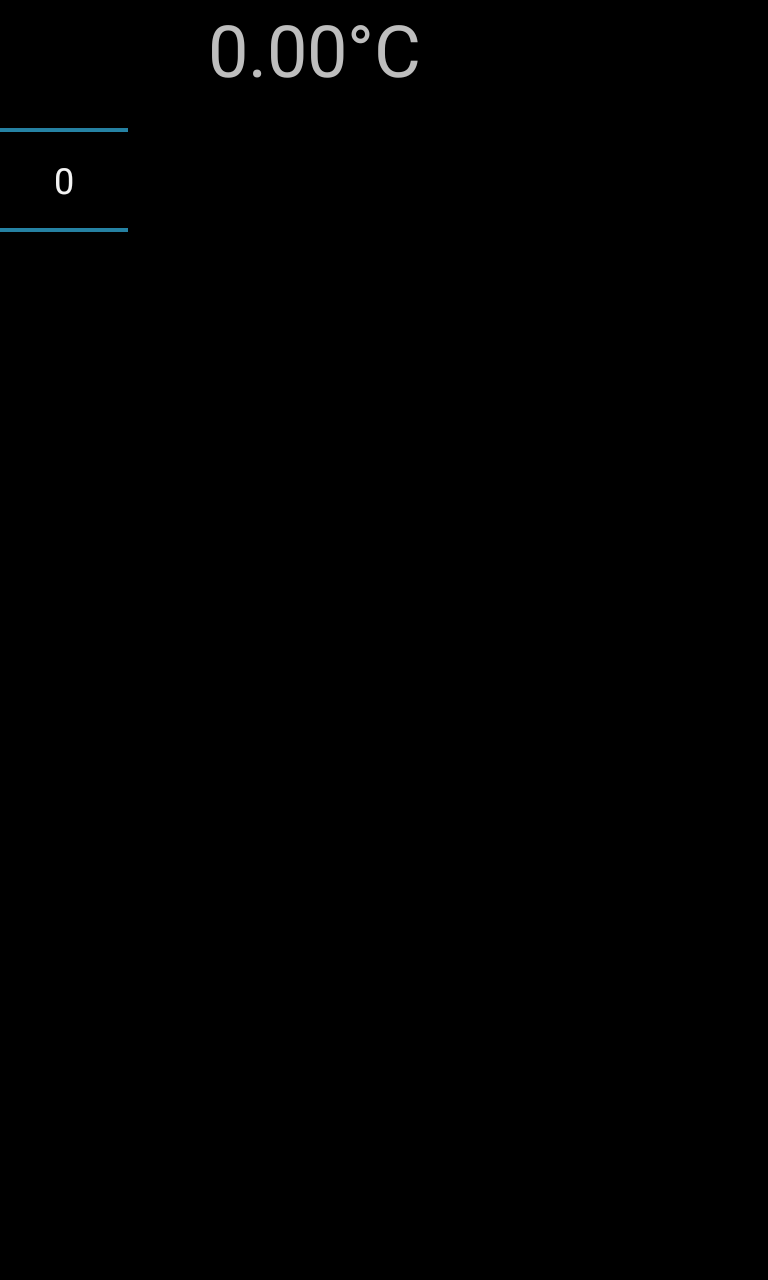
Repository: deanzaka/Embedded-Freezmo
Layout: Embedded-Freezmo/applications/IOIOSimpleApp/res/layout/main.xml
These files come from the project's save history. The layout is drawn as it stood at one moment and after the next save; the edit follows.
It is drawn on a 768 x 1280 px phone screen (xhdpi) without system bars, with theme android:Theme.Holo; the app's code is not run.

Above is the layout before, as saved 2014-06-11 22:32:28.

After the next save:
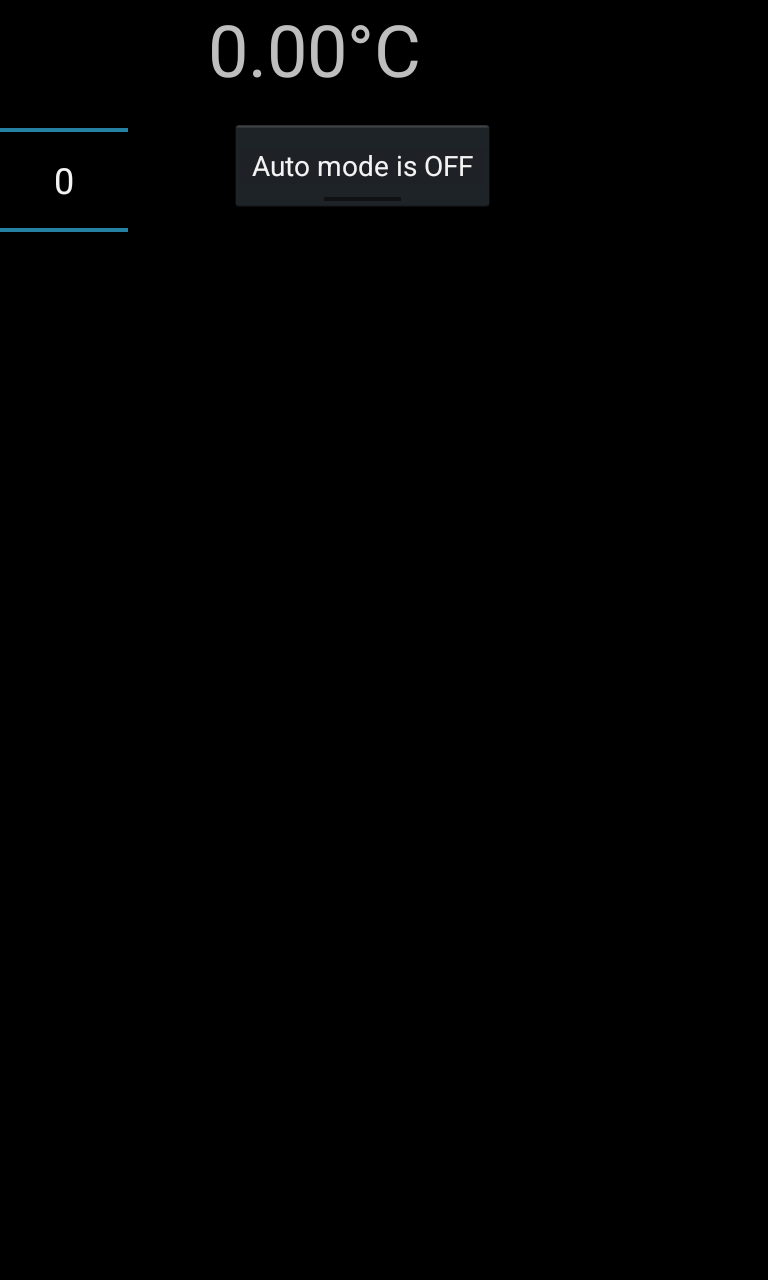
Saved 63 s later.
--- a/Embedded-Freezmo/applications/IOIOSimpleApp/res/layout/main.xml
+++ b/Embedded-Freezmo/applications/IOIOSimpleApp/res/layout/main.xml
@@ -45,6 +45,15 @@
 
                 </LinearLayout>
 
+				<ToggleButton
+					android:id="@+id/ToggleAuto"
+					android:layout_width="wrap_content"
+					android:layout_height="wrap_content"
+					android:layout_margin="10dp"
+					android:textOff="Auto mode is OFF"
+					android:textOn="Auto mode is ON"
+					android:layout_gravity="left"
+					/>
             </LinearLayout>
 
         </LinearLayout>
